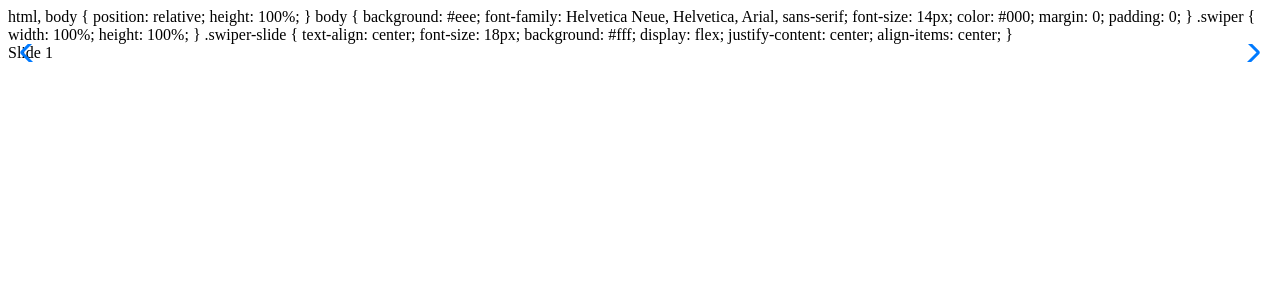
Repository: tung1233hhhhhhhhhhhhh/shoppingcart
Page: index.html
The author's editor kept a copy of each file at every save. The page is drawn from the files as they stood at one save, then again after the next save.
The browser window is 1280 px wide. The pictures show the whole page.

Above is the page before, as saved 2023-07-20 10:01:28.

### index.html
<!DOCTYPE html>
<html lang="en">

<head>
    <meta charset="UTF-8">
    <meta name="viewport" content="width=device-width, initial-scale=1.0">
    <title>Document</title>
    <link rel="stylesheet" href="https://cdn.jsdelivr.net/npm/swiper@10/swiper-bundle.min.css" />
</head>

<body>
    html,
    body {
    position: relative;
    height: 100%;
    }

    body {
    background: #eee;
    font-family: Helvetica Neue, Helvetica, Arial, sans-serif;
    font-size: 14px;
    color: #000;
    margin: 0;
    padding: 0;
    }

    .swiper {
    width: 100%;
    height: 100%;
    }

    .swiper-slide {
    text-align: center;
    font-size: 18px;
    background: #fff;
    display: flex;
    justify-content: center;
    align-items: center;
    }
    </style>
    </head>

    <body>
        <!-- Swiper -->
        <div class="swiper">
            <div class="swiper-wrapper">
                <div class="swiper-slide">Slide 1</div>
                <div class="swiper-slide">Slide 2</div>
                <div class="swiper-slide">Slide 3</div>
                <div class="swiper-slide">Slide 4</div>
                <div class="swiper-slide">Slide 5</div>
                <div class="swiper-slide">Slide 6</div>
                <div class="swiper-slide">Slide 7</div>
                <div class="swiper-slide">Slide 8</div>
                <div class="swiper-slide">Slide 9</div>
                <div class="swiper-slide">Slide 10</div>
            </div>
            <!-- Add Pagination -->
            <div class="swiper-pagination"></div>
            <!-- Add Navigation -->
            <div class="swiper-button-prev"></div>
            <div class="swiper-button-next"></div>
        </div>
        <script src="https://cdn.jsdelivr.net/npm/swiper@10/swiper-bundle.min.js"></script>


    </body>

</html>

After the next save:
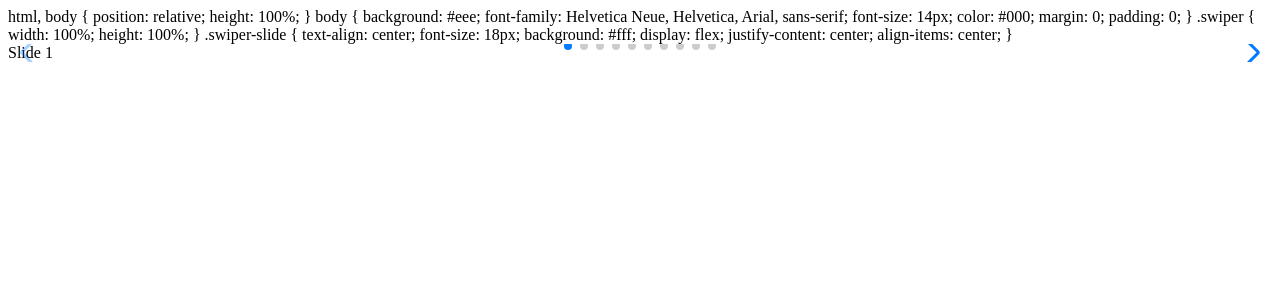
Saved 17 s later.
--- a/index.html
+++ b/index.html
@@ -63,6 +63,93 @@
         </div>
         <script src="https://cdn.jsdelivr.net/npm/swiper@10/swiper-bundle.min.js"></script>
 
+        <script>
+            /* ========
+        Debugger plugin, simple demo plugin to console.log some of callbacks
+        ======== */
+            function myPlugin({ swiper, extendParams, on }) {
+                extendParams({
+                    debugger: false,
+                });
+
+                on('init', () => {
+                    if (!swiper.params.debugger) return;
+                    console.log('init');
+                });
+                on('click', (swiper, e) => {
+                    if (!swiper.params.debugger) return;
+                    console.log('click');
+                });
+                on('tap', (swiper, e) => {
+                    if (!swiper.params.debugger) return;
+                    console.log('tap');
+                });
+                on('doubleTap', (swiper, e) => {
+                    if (!swiper.params.debugger) return;
+                    console.log('doubleTap');
+                });
+                on('sliderMove', (swiper, e) => {
+                    if (!swiper.params.debugger) return;
+                    console.log('sliderMove');
+                });
+                on('slideChange', () => {
+                    if (!swiper.params.debugger) return;
+                    console.log(
+                        'slideChange',
+                        swiper.previousIndex,
+                        '->',
+                        swiper.activeIndex
+                    );
+                });
+                on('slideChangeTransitionStart', () => {
+                    if (!swiper.params.debugger) return;
+                    console.log('slideChangeTransitionStart');
+                });
+                on('slideChangeTransitionEnd', () => {
+                    if (!swiper.params.debugger) return;
+                    console.log('slideChangeTransitionEnd');
+                });
+                on('transitionStart', () => {
+                    if (!swiper.params.debugger) return;
+                    console.log('transitionStart');
+                });
+                on('transitionEnd', () => {
+                    if (!swiper.params.debugger) return;
+                    console.log('transitionEnd');
+                });
+                on('fromEdge', () => {
+                    if (!swiper.params.debugger) return;
+                    console.log('fromEdge');
+                });
+                on('reachBeginning', () => {
+                    if (!swiper.params.debugger) return;
+                    console.log('reachBeginning');
+                });
+                on('reachEnd', () => {
+                    if (!swiper.params.debugger) return;
+                    console.log('reachEnd');
+                });
+            }
+        </script>
+
+        <script>
+            // Init Swiper
+            var swiper = new Swiper('.swiper', {
+                // Install Plugin To Swiper
+                modules: [myPlugin],
+                pagination: {
+                    el: '.swiper-pagination',
+                    clickable: true,
+                },
+                navigation: {
+                    nextEl: '.swiper-button-next',
+                    prevEl: '.swiper-button-prev',
+                },
+                // Enable debugger
+                debugger: true,
+            });
+        </script>
+
 
     </body>
 
